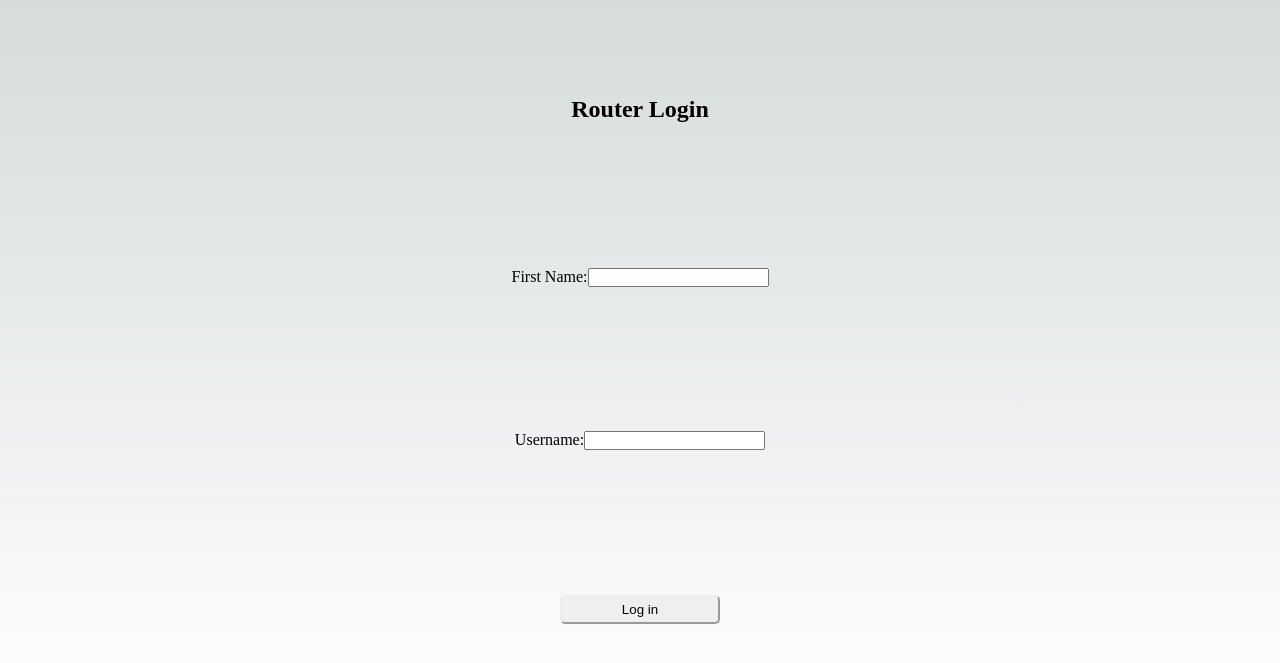
Repository: Mariessa-Pinto/week2-next.js-next-router-login
Page: /
An editor plug-in stored every save of this project. The page is shown before and after the next save, followed by the edit.
The browser window is 1280 px wide. The pictures show the whole page.
The project was rebuilt for these pictures with package versions that can differ from the ones it lists, and the page was loaded fresh each time. The framework's server and built-in components were replaced by stand-ins that run in the browser. Also part of the build but not shown: next.config.js.

Above is the page before, as saved 2023-01-11 07:42:24.

After the next save:
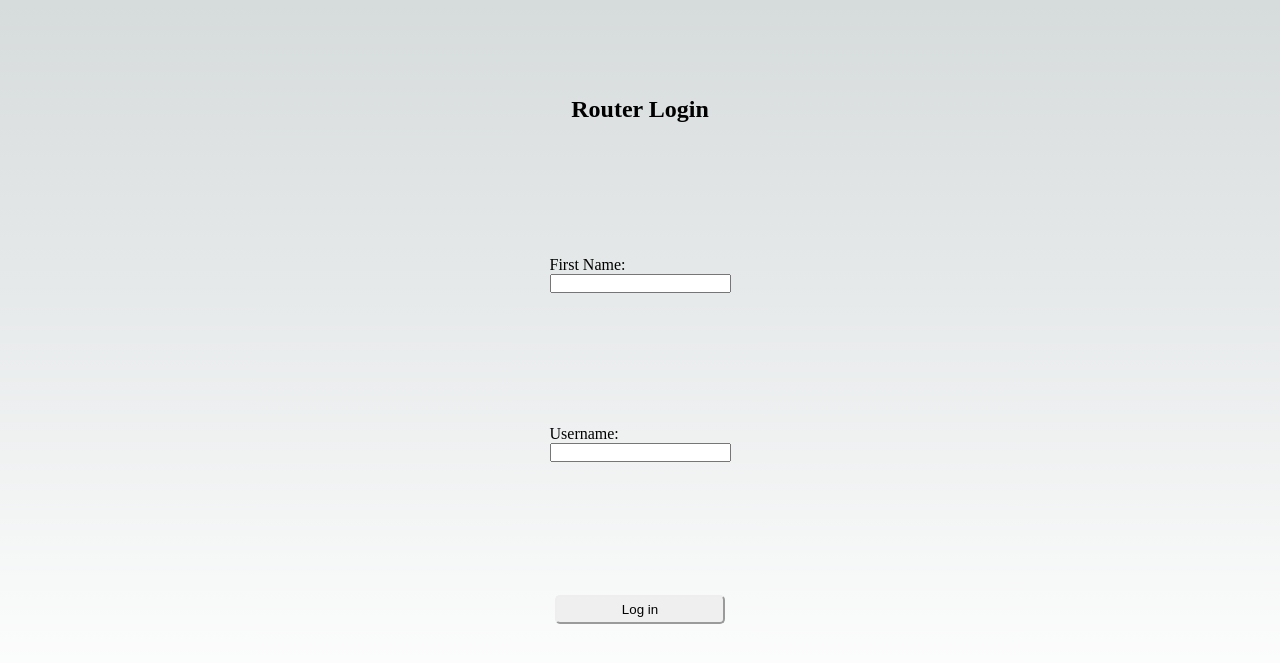
Saved 37 s later.
--- a/styles/Home.module.css
+++ b/styles/Home.module.css
@@ -9,8 +9,13 @@
 
 .button {
   border-color: rgb(var(--dark-red));
-  padding: 5px 60px;
+  padding: 5px 65px;
   border-radius: 5px;
+}
+
+.inputField {
+  display: flex;
+  flex-direction: column;
 }
 
 .description {
